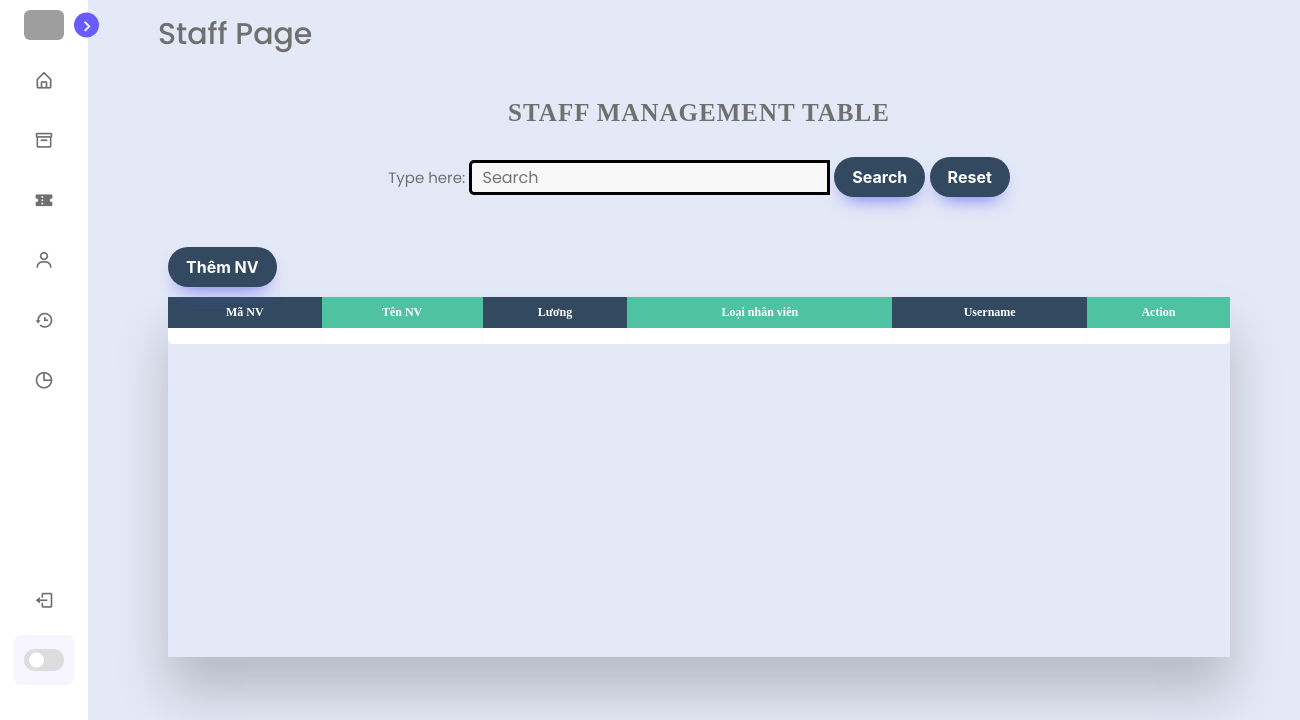
Repository: JeffDaveHudson/CapstoneProject
Page: http://localhost/CapstoneProject/stafflist
An editor plug-in stored every save of this project. The page is shown before and after the next save, followed by the edit.
The browser window is 1280 px wide. The page is 1300 px wide, so the pictures cover 1300 px, including what lies to the right of the window. The pictures show the whole page.
Pictures or frames that could not be fetched are drawn as grey boxes. The page is served by Tomcat 9. Queries for data that is not in the repository find no rows.

Above is the page before, as saved 2023-05-19 04:30:02.

After the next save:
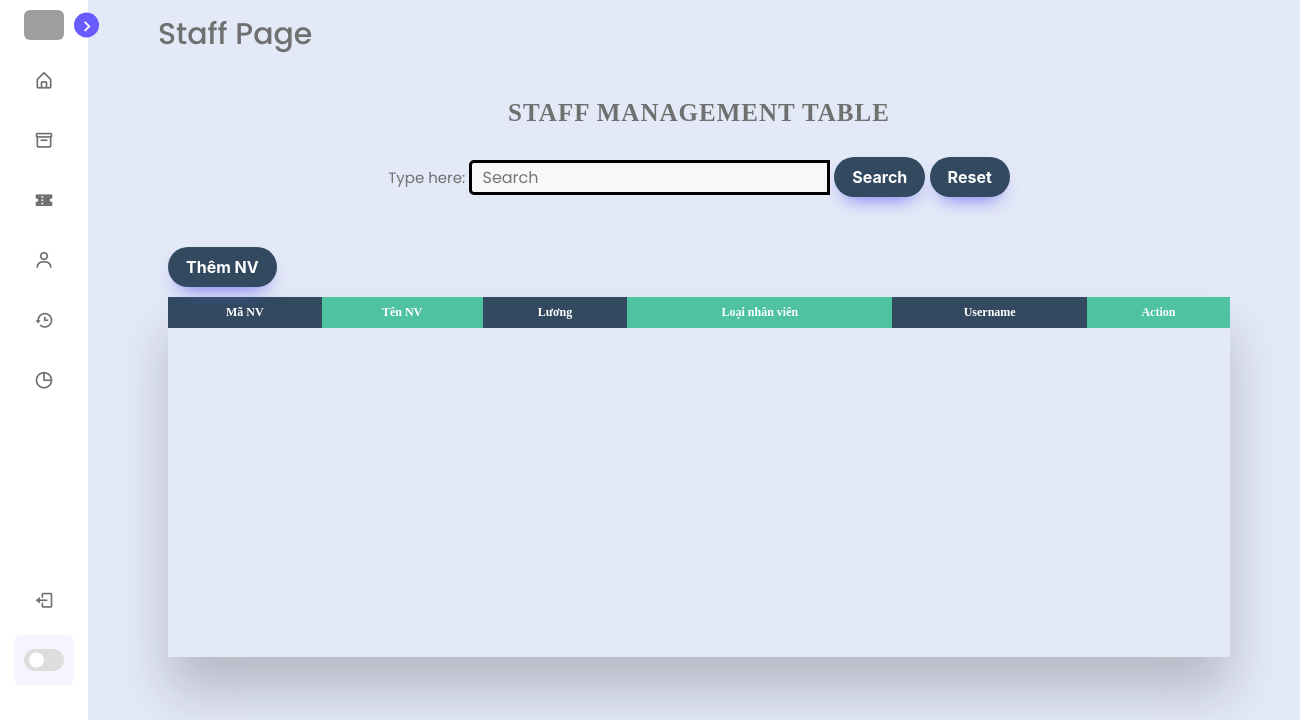
Saved 26 s later.
--- a/CapstoneProject/src/main/webapp/admin/Staff.jsp
+++ b/CapstoneProject/src/main/webapp/admin/Staff.jsp
@@ -75,13 +75,6 @@
 				</thead>
 				<tbody>
 
-					<tr>
-						<td></td>
-						<td></td>
-						<td></td>
-						<td></td>
-						<td></td>
-					</tr>
 					<c:forEach items="${staffList}" var="stafflist">
 
 					<tr>
